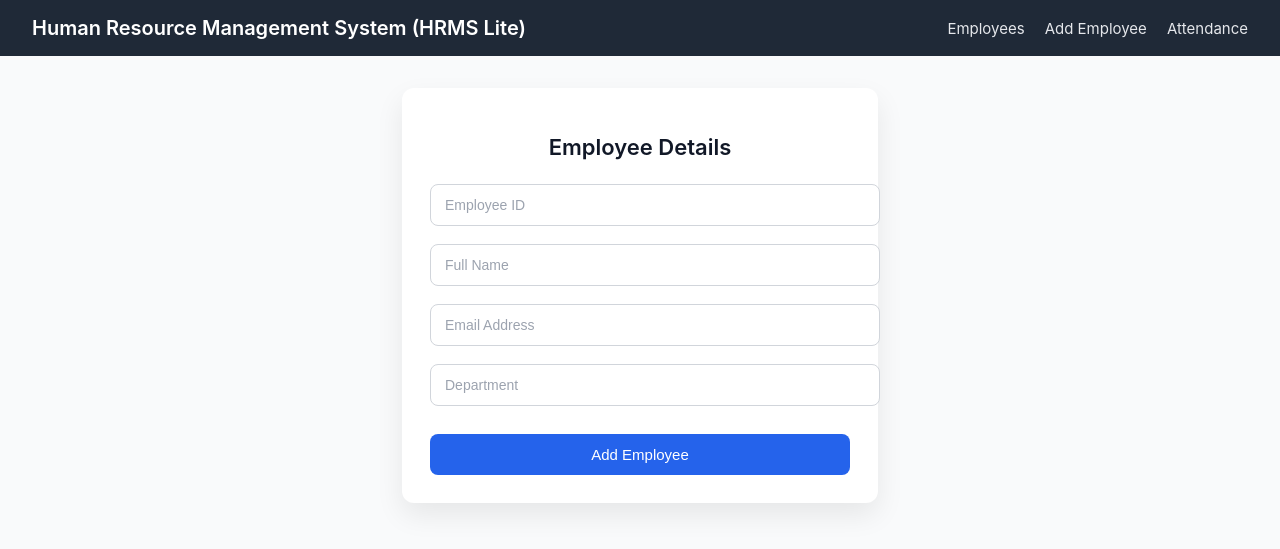
Repository: gautamsonam011/hrmsfrontend
Page: /employees/add
These files come from the project's save history. The page is drawn as it stood at one moment and after the next save; the edit follows.
The browser window is 1280 px wide. The pictures show the whole page.
The project was rebuilt for these pictures with package versions that can differ from the ones it lists, and the page was loaded fresh each time. Also part of the build but not shown: src/components/Loader.jsx, src/components/EmptyState.jsx, src/pages/Employees.jsx, src/components/ErrorState.jsx, src/pages/Attendance.jsx, src/api/attendanceApi.js, src/pages/AddAttendance.jsx.

Above is the page before, as saved 2026-01-31 19:09:43.

After the next save:
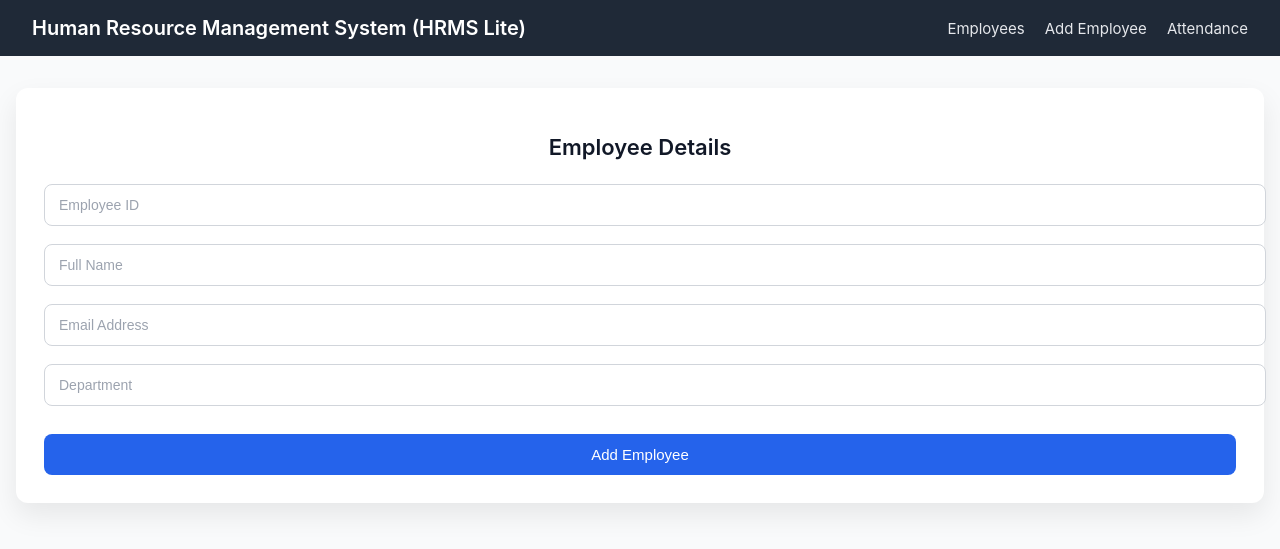
Saved 37 s later.
--- a/src/style.css
+++ b/src/style.css
@@ -108,7 +108,7 @@ body {
 .employee-form {
   background: #ffffff;
   width: 100%;
-  max-width: 420px;
+  /* max-width: 420px; */
   padding: 28px;
   border-radius: 12px;
   box-shadow: 0 12px 28px rgba(0, 0, 0, 0.08);
